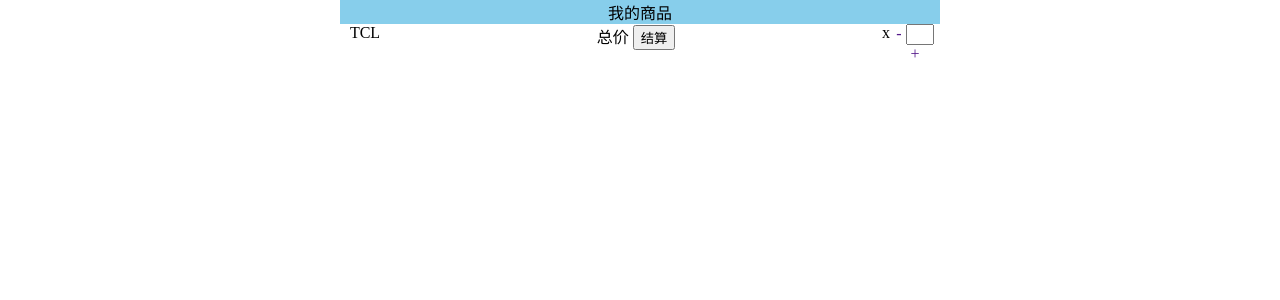
Repository: R1Deemo/Vue
Page: 10购物车.html
These files come from the project's save history. The page is drawn as it stood at one moment and after the next save; the edit follows.
The browser window is 1280 px wide. The pictures show the whole page.

Above is the page before, as saved 2022-11-14 15:26:57.

### 10购物车.html
<!DOCTYPE html>
<html lang="en">

<head>
    <meta charset="UTF-8">
    <meta http-equiv="X-UA-Compatible" content="IE=edge">
    <meta name="viewport" content="width=device-width, initial-scale=1.0">
    <title>Document</title>
    <link rel="stylesheet" href="/css/购物车.css">
</head>

<body>
    <div id="app">
        <div class="container">
            <my-cart></my-cart>
        </div>
    </div>
    <script src="https://cdn.jsdelivr.net/npm/vue/dist/vue.js"></script>
    <script>
        var CartTitle = {
            template: `<div class="title">我的商品</div>`
        }
        var CartList = {
            template: `
            <div id='main'>
                <div class='item'>
                    <div class="name">TCL</div>
                    <div class="change">
                        <a href="">-</a>
                        <input type='text' class='num'/>
                        <a href="">+</a>
                    </div>
                    <div class='del'>x</div>
                </div>

            </div>`

        }
        var CartTotal = {
            template: ` <div class="total">
                    <span>总价</span>
                    <button>结算</button>
                </div>`
        }
        Vue.component('my-cart', {
            template: `
            <div  class="cart">
                <cart-title></cart-title>
                <cart-list></cart-list>
                <cart-total></cart-total>
                </div>
            `,
            components: {
                'cart-title': CartTitle,
                'cart-list': CartList,
                'cart-total': CartTotal,

            }
        })
        var vm = new Vue({
            el: '#app',
            data: {

            }
        })
    </script>
</body>

</html>

### css/购物车.css
body,
html {
    margin: 0;
    padding: 0;
}

.title {
    background-color: skyblue;
}

.container {
    margin: 0 auto;
    text-align: center;
}

.change {
    float: right;
    width: 50px;
}

.del {
    float: right;
}

a {
    text-decoration: none;
}

.num {
    width: 20px;
}

.name {
    float: left;
    width: 50px;
}

.cart {
    width: 600px;
    height: 200px;
    margin: 0 auto;
}

After the next save:
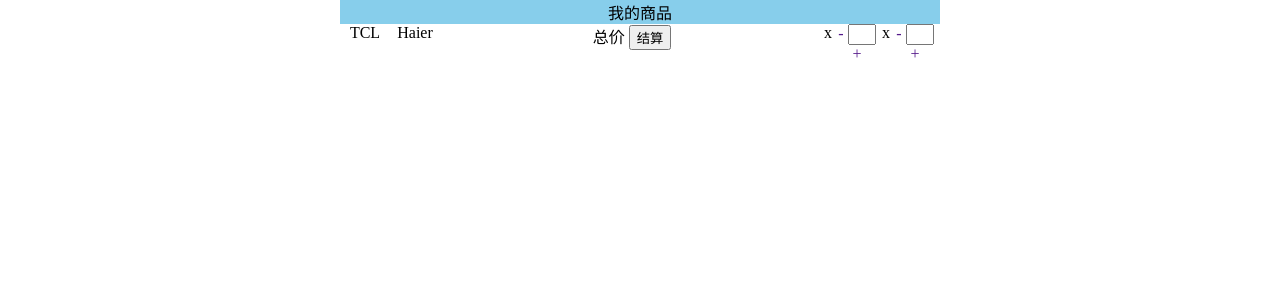
Saved 21 s later.
--- a/10购物车.html
+++ b/10购物车.html
@@ -32,7 +32,15 @@
                     </div>
                     <div class='del'>x</div>
                 </div>
-
+                <div class='item'>
+                    <div class="name">Haier</div>
+                    <div class="change">
+                        <a href="">-</a>
+                        <input type='text' class='num'/>
+                        <a href="">+</a>
+                    </div>
+                    <div class='del'>x</div>
+                </div>
             </div>`
 
         }
